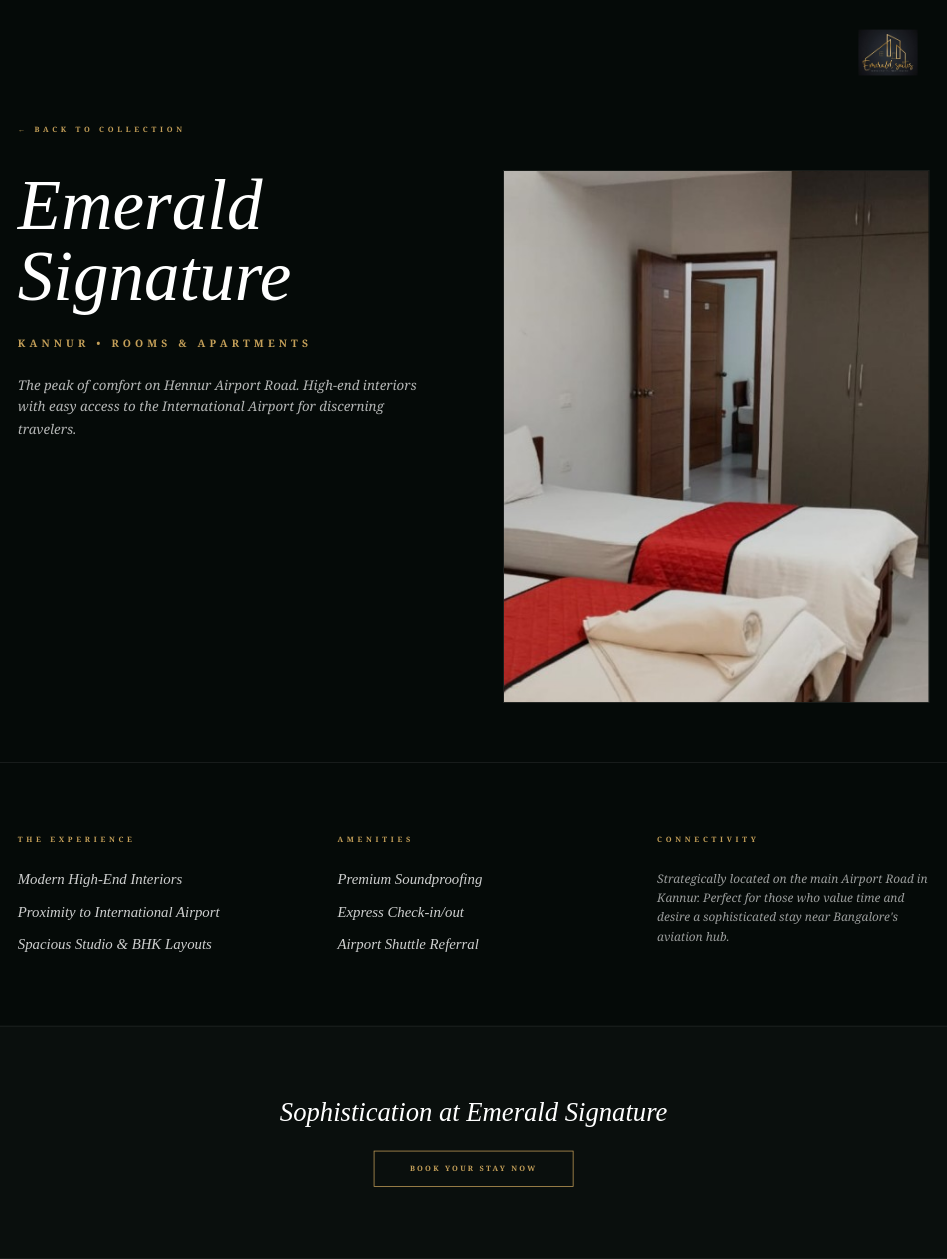
Repository: Jaden2909/emerald
Page: /signature
These files come from the project's save history. The page is drawn as it stood at one moment and after the next save; the edit follows.
The browser window is 1280 px wide. The pictures show the whole page, at 74% of full size.
The project was rebuilt for these pictures with package versions that can differ from the ones it lists, and the page was loaded fresh each time. The framework's server and built-in components were replaced by stand-ins that run in the browser. Also part of the build but not shown: next.config.ts.

Above is the page before, as saved 2026-02-19 23:09:41.

After the next save:
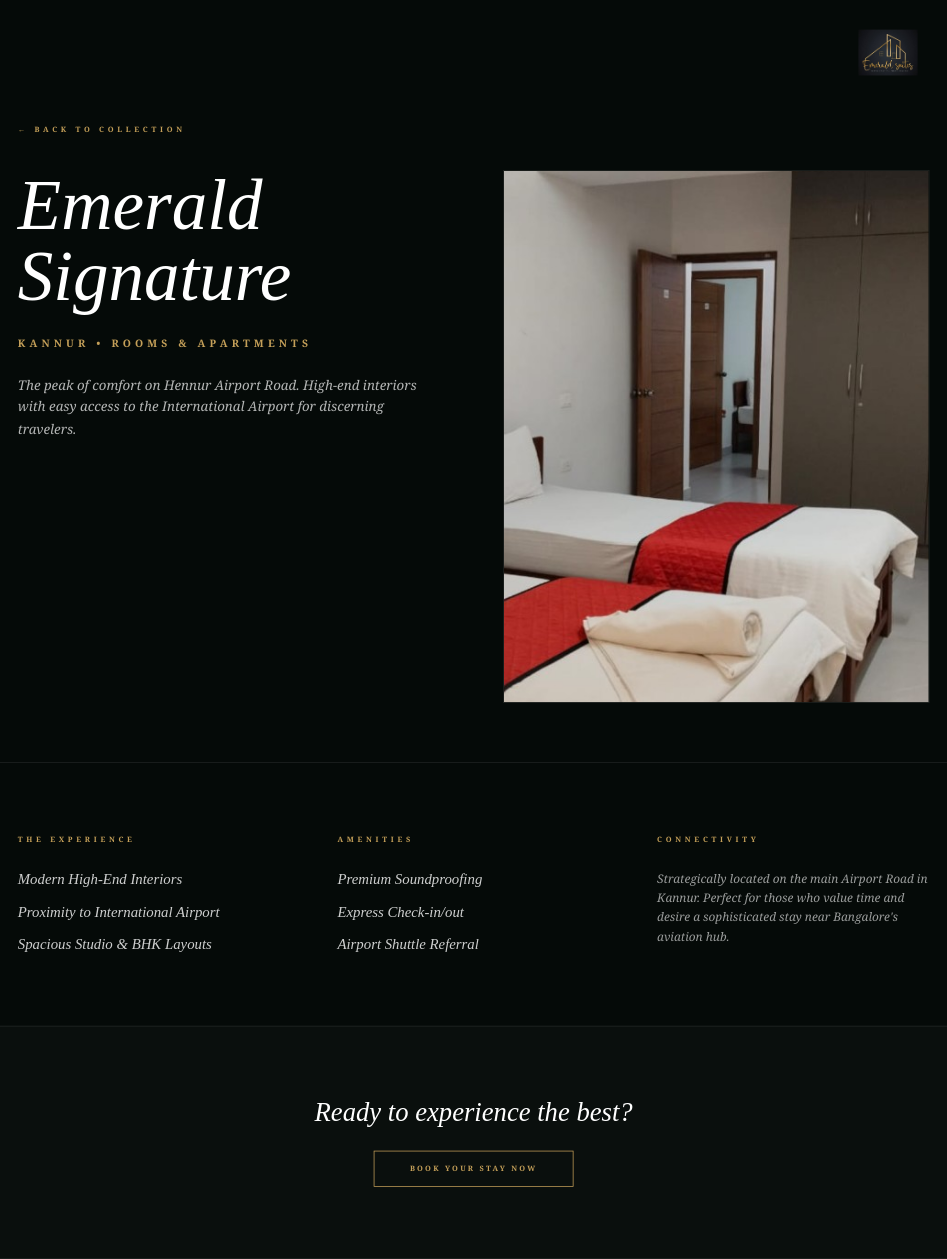
Saved 11 min 17 s later.
--- a/app/signature/page.tsx
+++ b/app/signature/page.tsx
@@ -58,12 +58,15 @@
         </div>
       </section>
 
-      <section className="py-24 bg-white/[0.02] border-y border-white/10 px-6 text-center">
-        <h2 className="text-4xl font-serif italic mb-8 text-white">Sophistication at Emerald Signature</h2>
-        <a href="tel:+917829591338" className="inline-block border border-[#c5a059] text-[#c5a059] px-12 py-4 uppercase tracking-[0.3em] text-[10px] font-bold hover:bg-[#c5a059] hover:text-black transition-all">
-          Book Your Stay Now
-        </a>
-      </section>
+    <section className="py-24 bg-white/[0.02] border-y border-white/10 px-6 text-center">
+  <h2 className="text-4xl font-serif italic mb-8 text-white">Ready to experience the best?</h2>
+  <Link
+    href="/#contact"
+    className="inline-block border border-[#c5a059] text-[#c5a059] px-12 py-4 uppercase tracking-[0.3em] text-[10px] font-bold hover:bg-[#c5a059] hover:text-black transition-all"
+  >
+    Book Your Stay Now
+  </Link>
+</section>
     </main>
   );
 }
